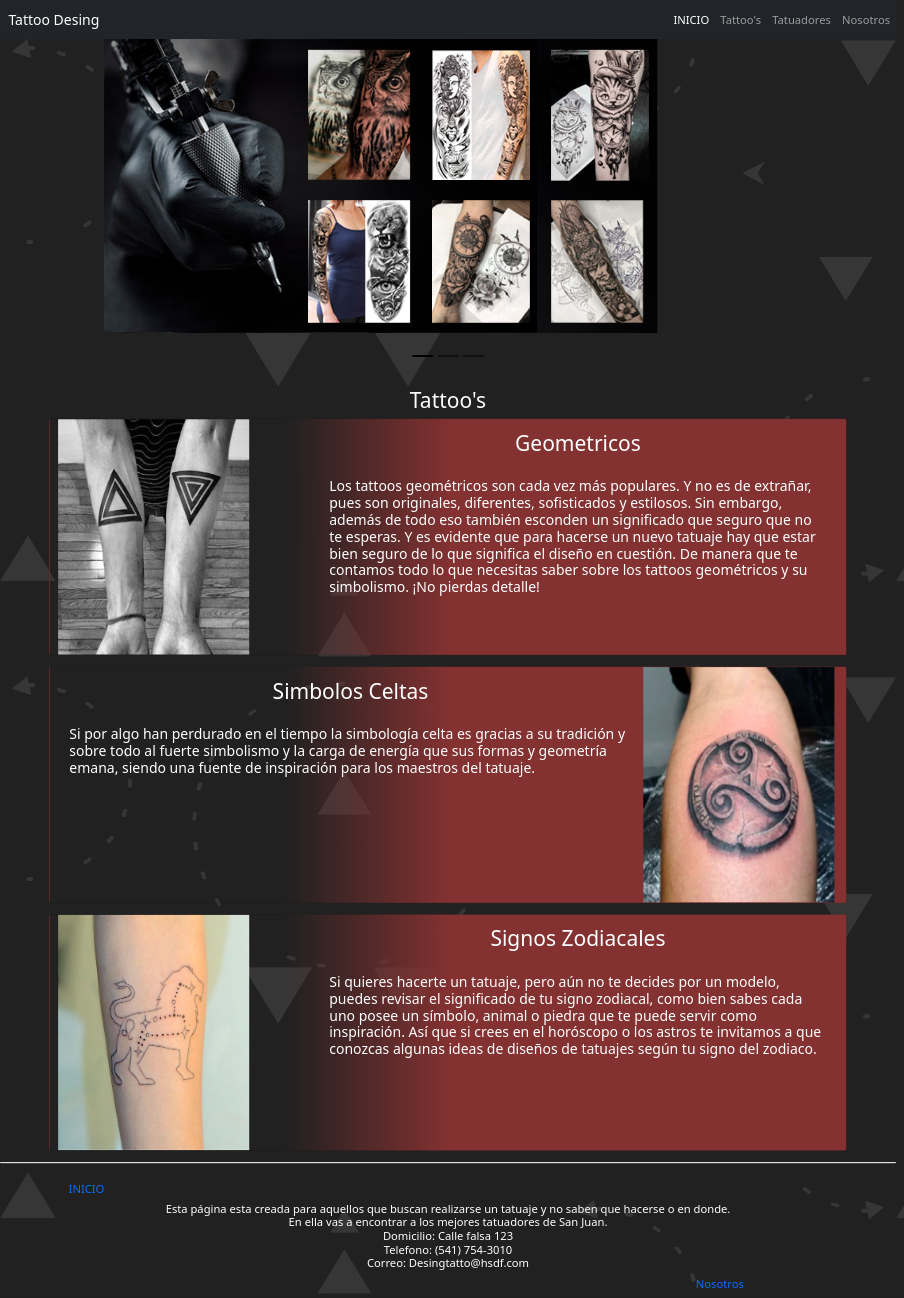
Repository: Vladimir-22/TatooDesign
Page: index.html
The author's editor kept a copy of each file at every save. The page is drawn from the files as they stood at one save, then again after the next save.
The browser window is 1280 px wide. The page is 1292 px wide, so the pictures cover 1292 px, including what lies to the right of the window. The pictures show the whole page, at 70% of full size.
Some web libraries are served in a nearby version.

Above is the page before, as saved 2021-05-19 23:00:40.

### index.html
<!DOCTYPE html>
<html lang="es">
  <head>
    <meta charset="UTF-8" />
    <meta http-equiv="X-UA-Compatible" content="IE=edge" />
    <meta name="viewport" content="width=device-width, initial-scale=1.0" />
    <link
      href="https://cdn.jsdelivr.net/npm/bootstrap@5.0.0-beta3/dist/css/bootstrap.min.css"
      rel="stylesheet"
      integrity="sha384-eOJMYsd53ii+scO/bJGFsiCZc+5NDVN2yr8+0RDqr0Ql0h+rP48ckxlpbzKgwra6"
      crossorigin="anonymous"
    />
    <script
      src="https://cdn.jsdelivr.net/npm/bootstrap@5.0.0-beta3/dist/js/bootstrap.bundle.min.js"
      integrity="sha384-JEW9xMcG8R+pH31jmWH6WWP0WintQrMb4s7ZOdauHnUtxwoG2vI5DkLtS3qm9Ekf"
      crossorigin="anonymous"
    ></script>
    <script
      src="https://cdn.jsdelivr.net/npm/bootstrap@5.0.0-beta3/dist/js/bootstrap.bundle.min.js"
      integrity="sha384-JEW9xMcG8R+pH31jmWH6WWP0WintQrMb4s7ZOdauHnUtxwoG2vI5DkLtS3qm9Ekf"
      crossorigin="anonymous"
    ></script>
    <script
      src="https://cdn.jsdelivr.net/npm/@popperjs/core@2.9.1/dist/umd/popper.min.js"
      integrity="sha384-SR1sx49pcuLnqZUnnPwx6FCym0wLsk5JZuNx2bPPENzswTNFaQU1RDvt3wT4gWFG"
      crossorigin="anonymous"
    ></script>
    <script
      src="https://cdn.jsdelivr.net/npm/bootstrap@5.0.0-beta3/dist/js/bootstrap.min.js"
      integrity="sha384-j0CNLUeiqtyaRmlzUHCPZ+Gy5fQu0dQ6eZ/xAww941Ai1SxSY+0EQqNXNE6DZiVc"
      crossorigin="anonymous"
    ></script>
    <link
      rel="stylesheet"
      href="https://use.fontawesome.com/releases/v5.8.1/css/all.css"
      integrity="sha384-50oBUHEmvpQ+1lW4y57PTFmhCaXp0ML5d60M1M7uH2+nqUivzIebhndOJK28anvf"
      crossorigin="anonymous"
    />
    <link rel="stylesheet" href="css/styles.css" />
    <title>Tattoo Desing</title>
  </head>

  <body>
    <nav class="navbar navbar-expand-lg navbar-dark bg-dark">
      <div class="container-fluid">
        <!-- <i class="fas fa-bars"></i> -->

        <div class="col-md-9">
          <a class="navbar-brand" href="#">Tattoo Desing</a>

          <button
            class="navbar-toggler"
            type="button"
            data-bs-toggle="collapse"
            data-bs-target="#navbarNav"
            aria-controls="navbarNav"
            aria-expanded="false"
            aria-label="Toggle navigation"
          >
            <span class="navbar-toggler-icon"></span>
          </button>
        </div>

        <div class="col-md-3 collapse navbar-collapse" id="navbarNav">
          <ul class="navbar-nav">
            <li class="nav-item">
              <a class="nav-link active" aria-current="page" href="#">INICIO</a>
            </li>
            <li class="nav-item">
              <a class="nav-link" href="tattoo's.html">Tattoo's</a>
            </li>
            <li class="nav-item">
              <a class="nav-link" href="tatuadores.html">Tatuadores</a>
            </li>
            <li class="nav-item">
              <a
                class="nav-link"
                href="nosotros.html"
                tabindex="-1"
                aria-disabled="true"
                >Nosotros</a
              >
            </li>
          </ul>
        </div>
      </div>
    </nav>

    <div class="container">
      <div class="row" id="carrusel">
        <div
          id="carouselExampleDark"
          class="carousel carousel-dark slide"
          data-bs-ride="carousel"
        >
          <div class="carousel-indicators">
            <button
              type="button"
              data-bs-target="#carouselExampleDark"
              data-bs-slide-to="0"
              class="active"
              aria-current="true"
              aria-label="Slide 1"
            ></button>
            <button
              type="button"
              data-bs-target="#carouselExampleDark"
              data-bs-slide-to="1"
              aria-label="Slide 2"
            ></button>
            <button
              type="button"
              data-bs-target="#carouselExampleDark"
              data-bs-slide-to="2"
              aria-label="Slide 3"
            ></button>
          </div>

          <div class="carousel-inner">
            <div class="carousel-item active" data-bs-interval="10000">
              <img
                id="imgCarrusel"
                src="./Agos/Carrusel/trae-tu-diseño.png"
                class="d-block w-20"
                alt="..."
              />
              <!-- <div class="carousel-caption d-none d-md-block">
                            <h5>First slide label</h5>
                            <p>Some representative placeholder content for the first slide.</p>
                        </div> -->
            </div>
            <div class="carousel-item" data-bs-interval="4000">
              <img
                id="imgCarrusel"
                src="./Agos/Carrusel/Tendencias.png"
                class="d-block w-20"
                alt="..."
              />
              <!-- <div class="carousel-caption d-none d-md-block">
                            <h5>Second slide label</h5>
                            <p>Some representative placeholder content for the second slide.</p>
                        </div> -->
            </div>
            <div class="carousel-item" data-bs-interval="2000">
              <img
                id="imgCarrusel"
                src="./Agos/Carrusel/Tatuadores-banner.png"
                class="d-block w-20"
                alt="..."
              />
              <!-- <div class="carousel-caption d-none d-md-block">
                            <h5>Third slide label</h5>
                            <p>Some representative placeholder content for the third slide.</p>
                        </div> -->
            </div>
          </div>

          <!-- <button class="carousel-control-prev" type="button" data-bs-target="#carouselExampleDark" data-bs-slide="prev">
                  <span class="carousel-control-prev-icon" aria-hidden="true"></span>
                  <span class="visually-hidden">Previous</span>
                </button>
                <button class="carousel-control-next" type="button" data-bs-target="#carouselExampleDark" data-bs-slide="next">
                  <span class="carousel-control-next-icon" aria-hidden="true"></span>
                  <span class="visually-hidden">Next</span>
                </button> -->
        </div>
      </div>

      <div class="row section2 text-center">
        <h1>Tattoo's</h1>
      </div>

      <div class="row">
        <!-- <div class="card mb-3">
                <img src="./Pedro/Categorías - Signos Zodiacales/Simbolos Celtas.PNG" class="card-img-top" alt="...">
                <div class="card-body">
                    <h5 class="card-title">Card title</h5>
                    <p class="card-text">This is a wider card with supporting text below as a natural lead-in to additional content. This content is a little bit longer.</p>
                    <p class="card-text"><small class="text-muted">Last updated 3 mins ago</small></p>
                </div>
            </div> -->

        <div id="Geometricos" class="card mb-3" style="max-width: auto">
          <div class="row g-0">
            <div class="col-md-4">
              <img
                id="imagen"
                src="./Pedro/Categorías - descripcion inicio/Tatuajes Geometricos.jpg"
                alt="..."
              />
            </div>
            <div class="col-md-8">
              <div class="card-body">
                <h1 class="card-title">Geometricos</h1>
                <br />
                <h5 id="descrip-gral" class="card-text">
                  Los tattoos geométricos son cada vez más populares. Y no es de
                  extrañar, pues son originales, diferentes, sofisticados y
                  estilosos. Sin embargo, además de todo eso también esconden un
                  significado que seguro que no te esperas. Y es evidente que
                  para hacerse un nuevo tatuaje hay que estar bien seguro de lo
                  que significa el diseño en cuestión. De manera que te contamos
                  todo lo que necesitas saber sobre los tattoos geométricos y su
                  simbolismo. ¡No pierdas detalle!
                </h5>
                <!-- <p class="card-text"><small class="text-muted">Última actualización 3 minutos</small></p> -->
              </div>
            </div>
          </div>
        </div>

        <div id="Celtas" class="card mb-3" style="max-width: auto">
          <div class="row g-0">
            <div class="col-md-9">
              <div class="card-body">
                <h1 class="card-title">Simbolos Celtas</h1>
                <br />
                <h5 id="descrip-gral" class="card-text">
                  Si por algo han perdurado en el tiempo la simbología celta es
                  gracias a su tradición y sobre todo al fuerte simbolismo y la
                  carga de energía que sus formas y geometría emana, siendo una
                  fuente de inspiración para los maestros del tatuaje.
                </h5>
                <!-- <p class="card-text"><small class="text-muted">Última actualización 3 minutos</small></p> -->
              </div>
            </div>
            <div class="col-md-3">
              <img
                id="imagen"
                src="./Pedro/Categorías - descripcion inicio/Simbolos Celtas.jpg"
                alt="..."
              />
            </div>
          </div>
        </div>

        <div id="Zodiacales" class="card mb-3" style="max-width: auto">
          <div class="row g-0">
            <div class="col-md-4">
              <img
                id="imagen"
                src="./Pedro/Categorías - descripcion inicio/Signos Zodiacales.jpg"
                alt="..."
              />
            </div>
            <div class="col-md-8">
              <div class="card-body">
                <h1 class="card-title">Signos Zodiacales</h1>
                <br />
                <h5 id="descrip-gral" class="card-text">
                  Si quieres hacerte un tatuaje, pero aún no te decides por un
                  modelo, puedes revisar el significado de tu signo zodiacal,
                  como bien sabes cada uno posee un símbolo, animal o piedra que
                  te puede servir como inspiración. Así que si crees en el
                  horóscopo o los astros te invitamos a que conozcas algunas
                  ideas de diseños de tatuajes según tu signo del zodiaco.
                </h5>
                <!-- <p class="card-text"><small class="text-muted">Última actualización 3 minutos</small></p> -->
              </div>
            </div>
          </div>
        </div>
      </div>
    </div>
  </body>
  <footer>
    <div class="footer" id="footer">
      <div id="footer" class="card mb-3" style="auto"></div>
        <div class="container">
            <div class="row">
                <div class="col">
                        <a class="nav-link active" aria-current="page" href="#">INICIO</a>
                    </div>
                </div>
                <div class="col-md-2"></div>
            </div>
            <div class="row">
                <div class="col"></div>
                <div class="col-md-8">
                    <h6 id="descrip-gral" class="card-text">
                        Esta página esta creada para aquellos que buscan realizarse un
                        tatuaje y no saben que hacerse o en donde. <br>
                        En ella vas a encontrar a los mejores tatuadores de San Juan.<br>
                        Domicilio: Calle falsa 123<br>
                        Telefono: (541) 754-3010<br>
                        Correo: Desingtatto@hsdf.com<br>
                    </h6>
                </div>
                <div class="col"></div>
            </div>
            <div class="row">
                <div class="col"></div>
                <div class="col"></div>
                <div class="col-md-3">
                    <a class="nav-link" href="nosotros.html" tabindex="-1" aria-disabled="true" >Nosotros</a>
                </div>
            </div>
      </div>
    </div>
  </footer>
</html>

### css/styles.css
body {
    margin: 0 !important;
    padding: 0;
    position: relative;
    /*width: 1440px;
    height: 1024px;*/
    background: #212121;
    background-image: url(../Daniela/Background.png);
    background-position: center;
    background-size: contain;
    /* font-family: NanumGothic; */
}

.section2 {
    margin-top: 7%;
    color: white;
}

.section3 {
    margin-top: 3%;
    color: white;
}

h1 {
    font-size: 30px;
}

h2 {
    font-size: 21px;
}

h3 {
    font-size: 18px;
}

h1,
h2,
h3 {
    color: white;
    text-align: center;
}
h6{
    color: white;
    text-align: center;
    font-weight:100;
    background-color: transparent, 40%;

}


/*.card img {
    width: 30%;
    height: 30%;
    align-content: center;
} */

nav {
    position: absolute;
    left: 0% !important;
    right: 0% !important;
    top: 0% !important;
    bottom: 0% !important;
    background: #000000 !important;
}

.carousel-indicators {
    left: 0% !important;
    right: 0% !important;
    top: 105% !important;
    bottom: 0% !important;
    margin-top: 0% !important;
}

.carousel-inner {
    left: 6% !important;
    right: 0% !important;
    top: 0% !important;
}



#Geometricos,
#Celtas,
#Zodiacales{
    background: linear-gradient(270deg, #833131 50%, rgba(131, 49, 49, 0) 70.34%);
    border-radius: 4px;
}

#nosotros
{
    background: none;
}

#descrip-gral {
    color: white;
}

#imagen {
    width: 273px;
    height: 336px;
}

#Celtas #imagen {
    right: 100% !important;
    top: 660px;
}

After the next save:
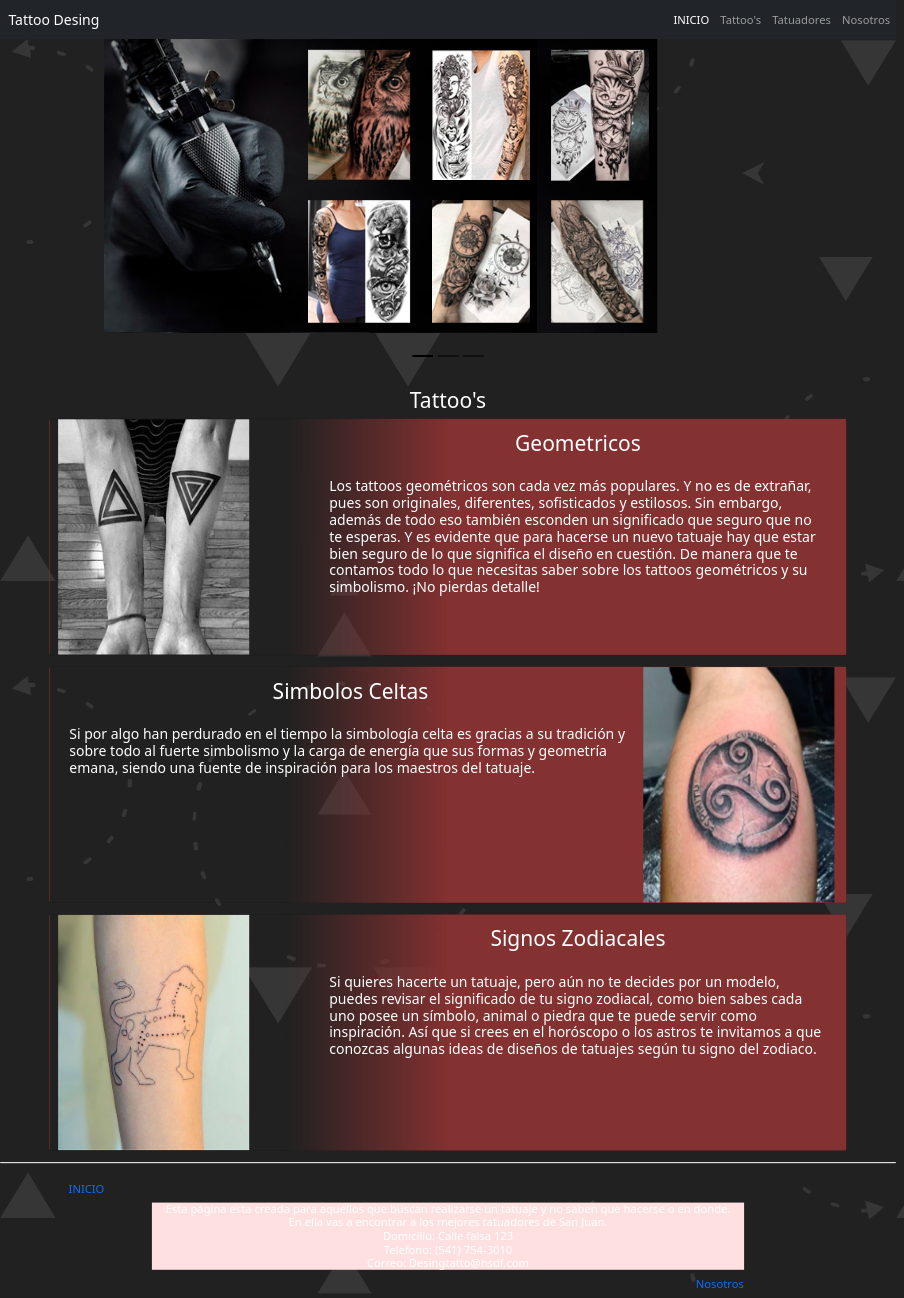
Saved 72 s later.
--- a/css/styles.css
+++ b/css/styles.css
@@ -43,7 +43,7 @@
     color: white;
     text-align: center;
     font-weight:100;
-    background-color: transparent, 40%;
+    background-color: rgb(100%, 88%, 88%); ;
 
 }
 

After the save that followed:
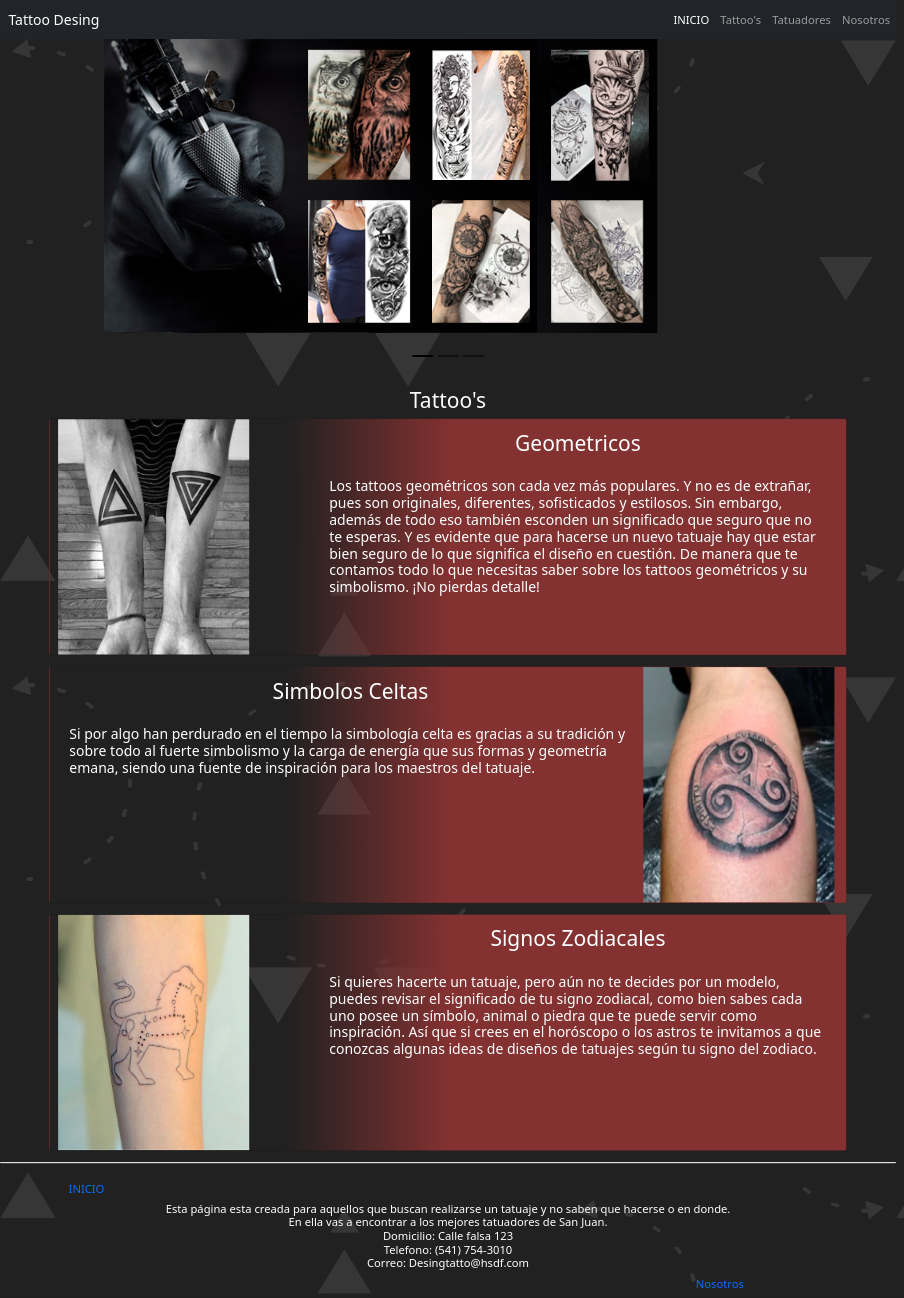
Saved 36 s later.
--- a/css/styles.css
+++ b/css/styles.css
@@ -43,7 +43,7 @@
     color: white;
     text-align: center;
     font-weight:100;
-    background-color: rgb(100%, 88%, 88%); ;
+    background-color: rgb(50%); ;
 
 }
 
